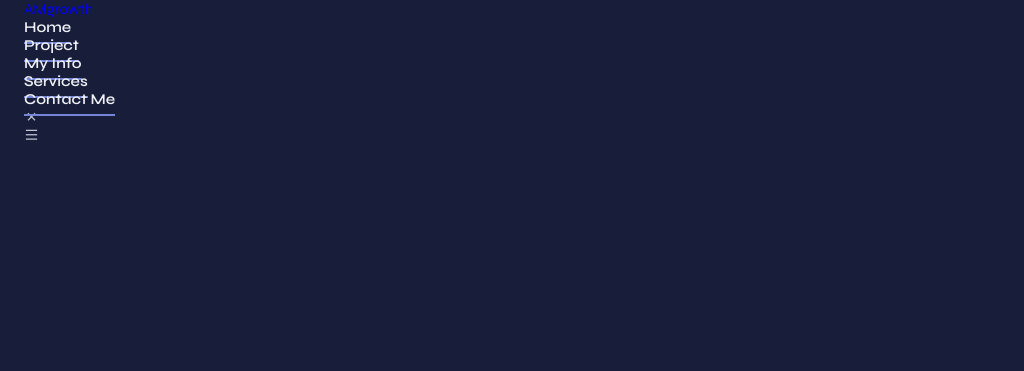
Repository: Ademaulana100499/portofolio
Page: index.html
The author's editor kept a copy of each file at every save. The page is drawn from the files as they stood at one save, then again after the next save.
The browser window is 1024 px wide. The pictures show the whole page.
Some web fonts or font styles are not loaded; a fallback is used.

Above is the page before, as saved 2024-11-28 14:52:55.

After the next save:
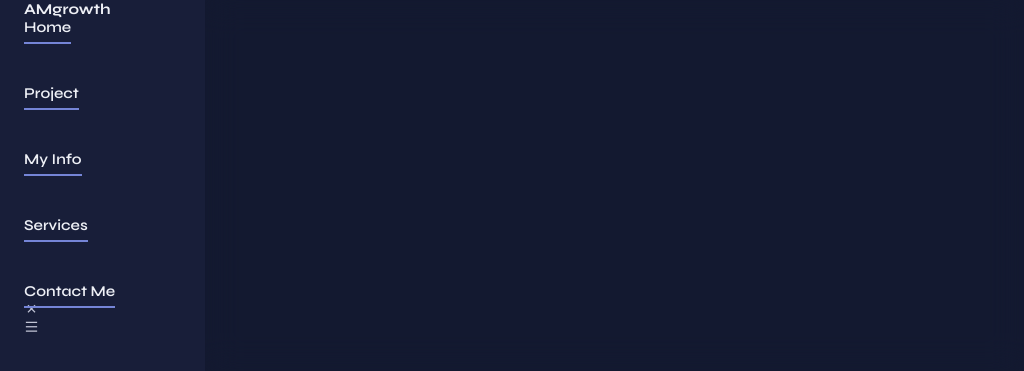
Saved 10 s later.
--- a/assets/css/style.css
+++ b/assets/css/style.css
@@ -136,6 +136,37 @@
   background-color: transparent;
   z-index: var(--z-fixed);
 }
+
+.nav__logo {
+  color: var(--title-color);
+  font-weight: var(--font-bold);
+}
+.nav-toggle,
+.nav-close {
+  font-size: 1.5rem;
+  cursor: pointer;
+  color: var(--title-color);
+}
+/* Navigation for mobile */
+@media screen and (max-width: 1150px) {
+  .nav__menu {
+    position: fixed;
+    top: 0;
+    right: 0;
+    background-color: hsla(var(--hue), 70%, 4%, 0.2);
+    backdrop-filter: blur(16px);
+    -webkit-backdrop-filter: blur(16px);
+    width: 80%;
+    height: 100%;
+    padding: 7rem 3rem;
+    transition: right 0.4s;
+  }
+}
+.nav__list {
+  display: flex;
+  flex-direction: column;
+  row-gap: 3rem;
+}
 .nav__link {
   position: relative;
   color: var(--title-color);
